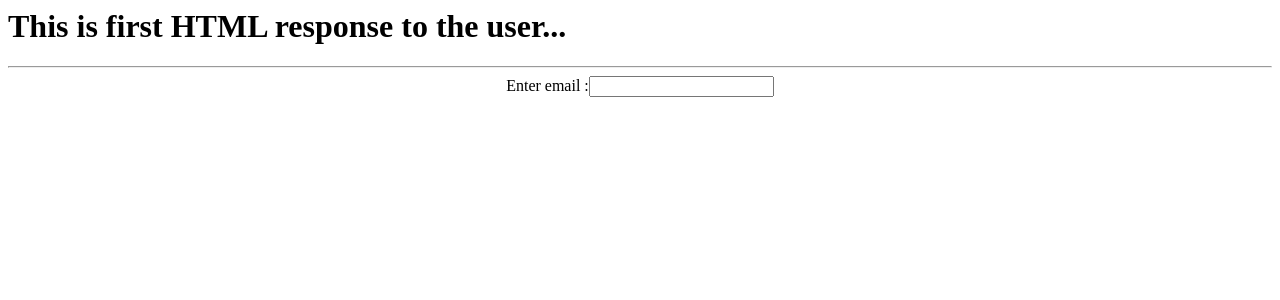
Repository: devandevare/Java
Page: http://localhost/first-web-app/sing-up
These files come from the project's save history. The page is drawn as it stood at one moment and after the next save; the edit follows.
The browser window is 1280 px wide. The pictures show the whole page.
The page is served by Tomcat 9.

Above is the page before, as saved 2022-09-25 07:55:58.

After the next save:
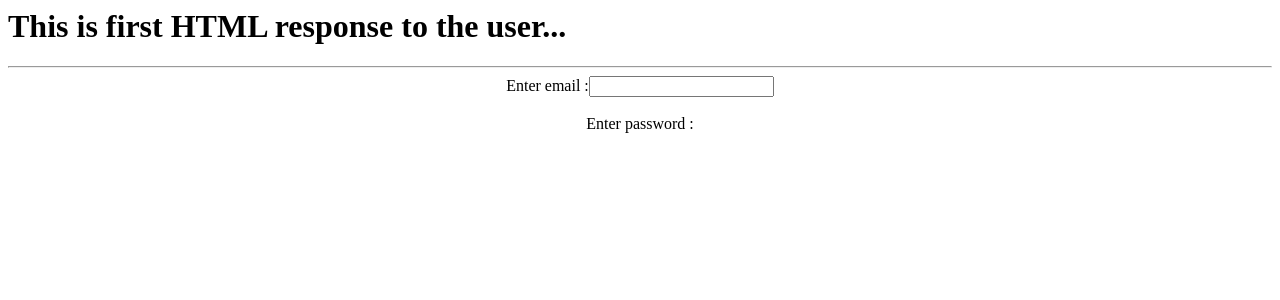
Saved 10 s later.
--- a/Adv Java/Projects/first-web-app/src/main/java/FirstServlet.java
+++ b/Adv Java/Projects/first-web-app/src/main/java/FirstServlet.java
@@ -28,7 +28,7 @@ public class FirstServlet extends HttpServlet {
 		out.print("<label>Enter email :</label>");
 		out.print("<input type='email' name='email'> </input>");
 		out.print("<br/><br/>");
-		out.print("");
+		out.print("<label>Enter password :</label>	");
 		out.print("");
 		out.print("");
 		out.print("");
